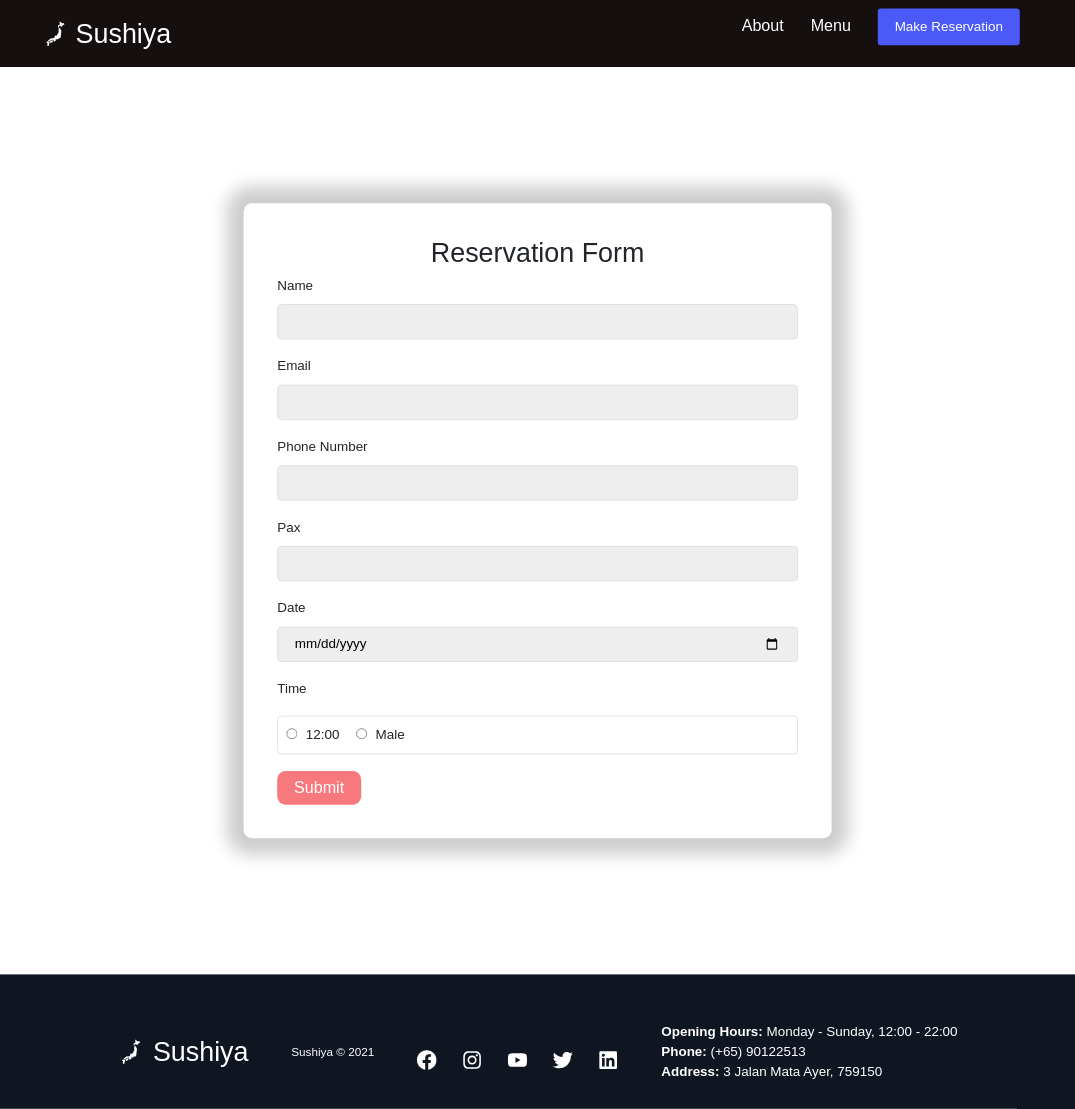
Repository: RuiXiong2211/Sushiroe
Page: /Reservation
The author's editor kept a copy of each file at every save. The page is drawn from the files as they stood at one save, then again after the next save.
The browser window is 1280 px wide. The pictures show the whole page, at 84% of full size.
The project was rebuilt for these pictures with package versions that can differ from the ones it lists, and the page was loaded fresh each time. Also part of the build but not shown: src/components/InfoSection/InfoSection.elements.js, src/components/InfoSection/InfoSection.js, src/components/ProductSection/ProductSection.elements.js, src/components/ProductSection/ProductSection.js, src/data/home/Data.js, src/pages/HomePage/Home.js, src/data/menu/Data.js, src/pages/Menu/Menu.js.

Above is the page before, as saved 2021-07-12 17:47:27.

After the next save:
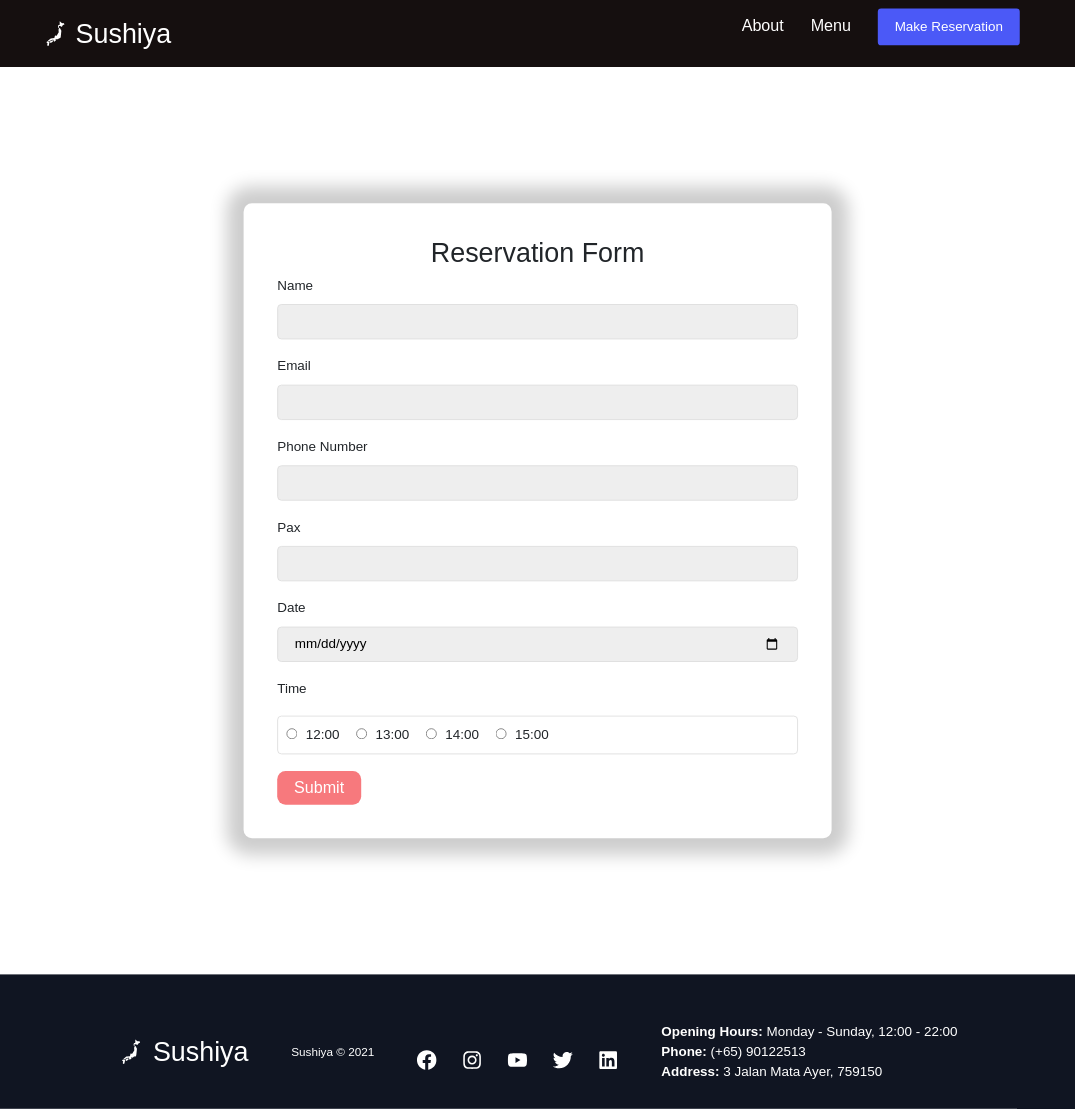
Saved 107 s later.
--- a/src/components/Reservation/Reservation.js
+++ b/src/components/Reservation/Reservation.js
@@ -103,8 +103,8 @@
               <input
                 type="radio"
                 value="12:00"
-                name="gender"
-                checked={state.gender === '12:00'}
+                name="time"
+                checked={state.time === '12:00'}
                 onChange={handleInput}
               />
               12:00
@@ -112,13 +112,34 @@
             <label>
               <input
                 type="radio"
-                value="male"
-                name="gender"
-                checked={state.gender === 'male'}
+                value="13:00"
+                name="time"
+                checked={state.time === '13:00'}
                 onChange={handleInput}
               />
-              Male
+              13:00
             </label>
+            <label>
+              <input
+                type="radio"
+                value="14:00"
+                name="time"
+                checked={state.time === '14:00'}
+                onChange={handleInput}
+              />
+              14:00
+            </label>
+            <label>
+              <input
+                type="radio"
+                value="15:00"
+                name="time"
+                checked={state.time === '15:00'}
+                onChange={handleInput}
+              />
+              15:00
+            </label>
+
           </StyledFieldset>
           {error && (
             <StyledError>
